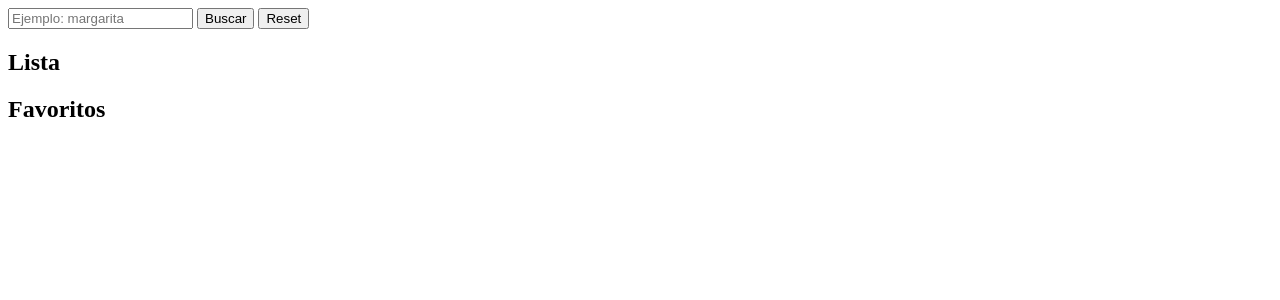
Repository: raquelgm88/cocktail-finder
Page: src/html/partials/main.html
These files come from the project's save history. The page is drawn as it stood at one moment and after the next save; the edit follows.
The browser window is 1280 px wide. The pictures show the whole page.

Above is the page before, as saved 2023-02-26 11:51:41.

### src/html/partials/main.html
<main class="main">
  <form action="#" class="form">
    <input
      type="text"
      name="input"
      class="input js__input"
      id="input"
      value=""
      placeholder="Ejemplo: margarita"
    />
    <button type="button" class="button js__button">Buscar</button>
    <button type="reset" class="reset js__reset">Reset</button>
  </form>
  <div class="div">
    <section class="list">
      <h2>Lista</h2>
      <ul class="ul js__ul_list"></ul>
    </section>
    <section class="fav">
      <h2>Favoritos</h2>
      <ul class="ul js__ul_fav"></ul>
    </section>
  </div>
</main>

After the next save:
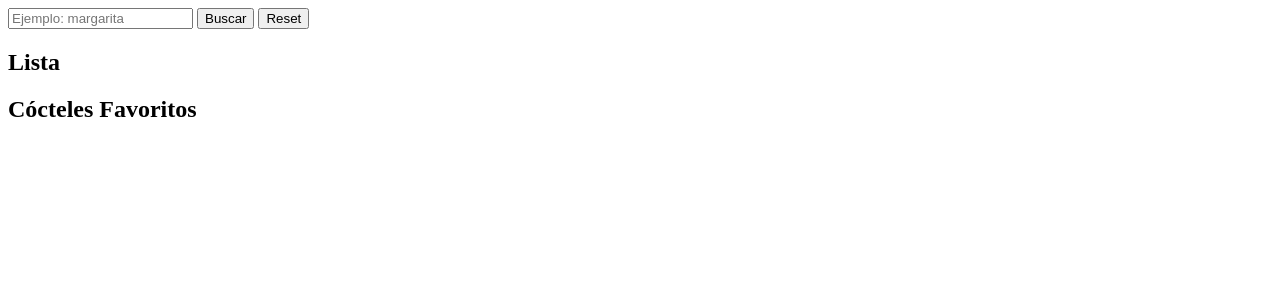
Saved 4 min 13 s later.
--- a/src/html/partials/main.html
+++ b/src/html/partials/main.html
@@ -17,7 +17,7 @@
       <ul class="ul js__ul_list"></ul>
     </section>
     <section class="fav">
-      <h2>Favoritos</h2>
+      <h2>Cócteles Favoritos</h2>
       <ul class="ul js__ul_fav"></ul>
     </section>
   </div>
